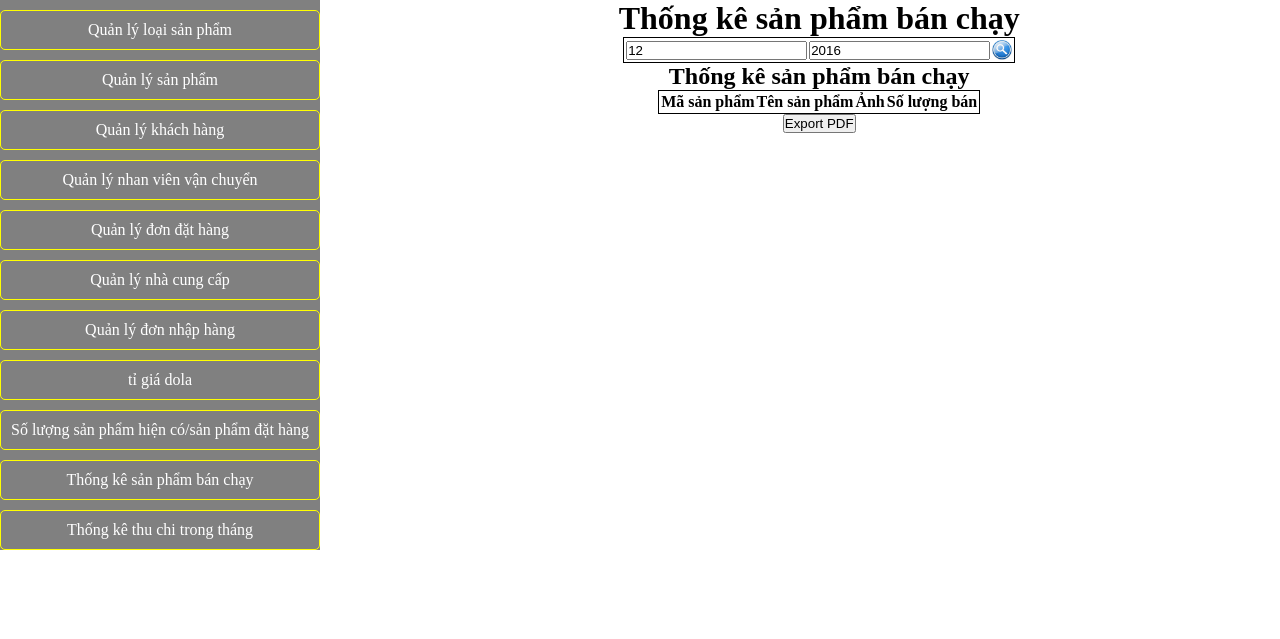
Repository: tranminhtam92/web
Page: http://localhost/demoview/Reportsellingproducts
The author's editor kept a copy of each file at every save. The page is drawn from the files as they stood at one save, then again after the next save.
The browser window is 1280 px wide. The pictures show the whole page.
The page is served by Tomcat 9. Queries for data that is not in the repository find no rows.

Above is the page before, as saved 2016-12-27 07:50:47.

After the next save:
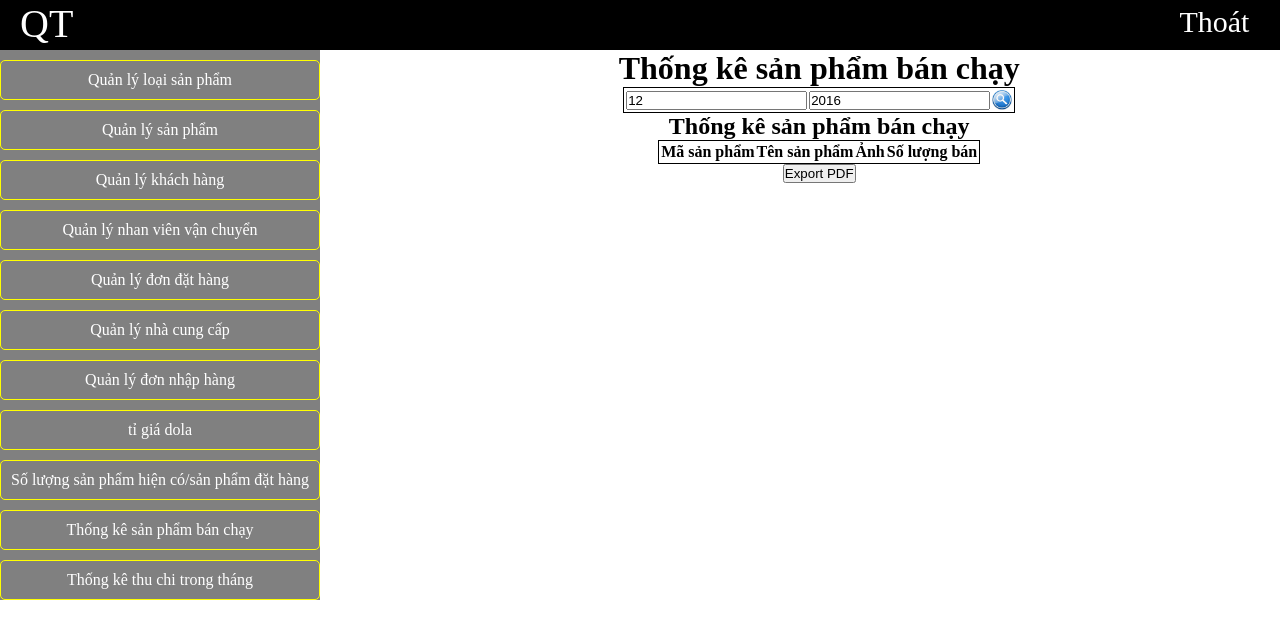
Saved 97 s later.
--- a/Code/demoview/WebContent/admin/report_sellingproducts.jsp
+++ b/Code/demoview/WebContent/admin/report_sellingproducts.jsp
@@ -11,6 +11,7 @@
 </head>
 <body>
 <div class="wrapper">
+<jsp:include page="headeradmin.jsp"></jsp:include>
 <div class="content">
 <div class="left">
 <jsp:include page="menu.jsp"></jsp:include>
